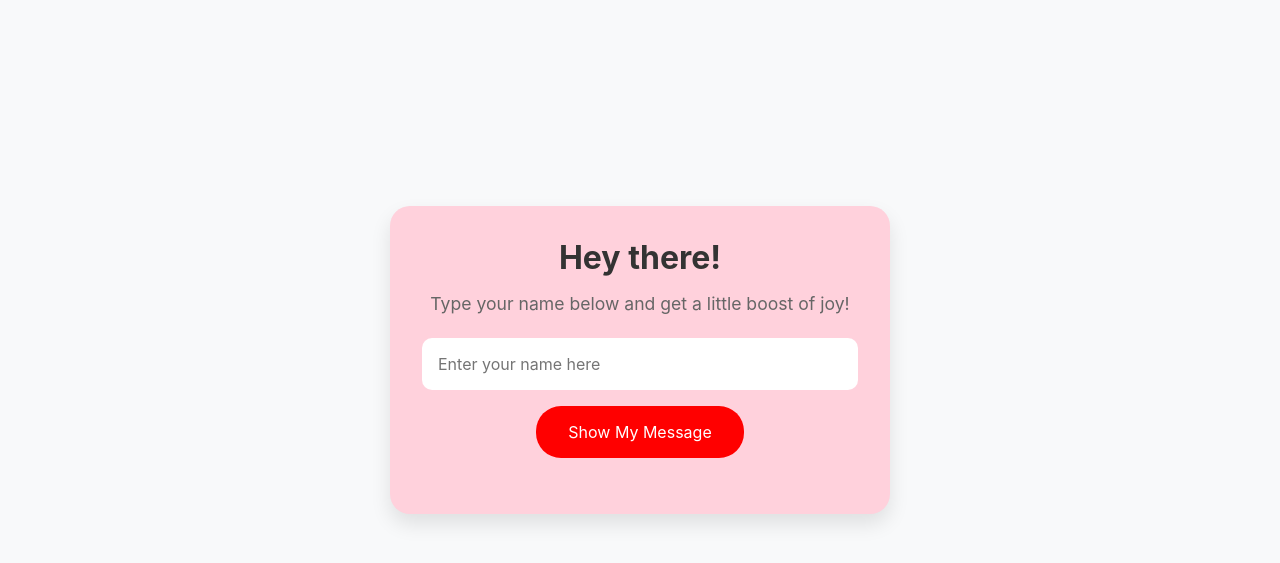
Repository: joelojieabu/biblicalWordsOfEncouragement
Page: biblicalWordsOfEncouragement.html
The author's editor kept a copy of each file at every save. The page is drawn from the files as they stood at one save, then again after the next save.
The browser window is 1280 px wide. The pictures show the whole page.

Above is the page before, as saved 2024-12-26 12:38:22.

After the next save:
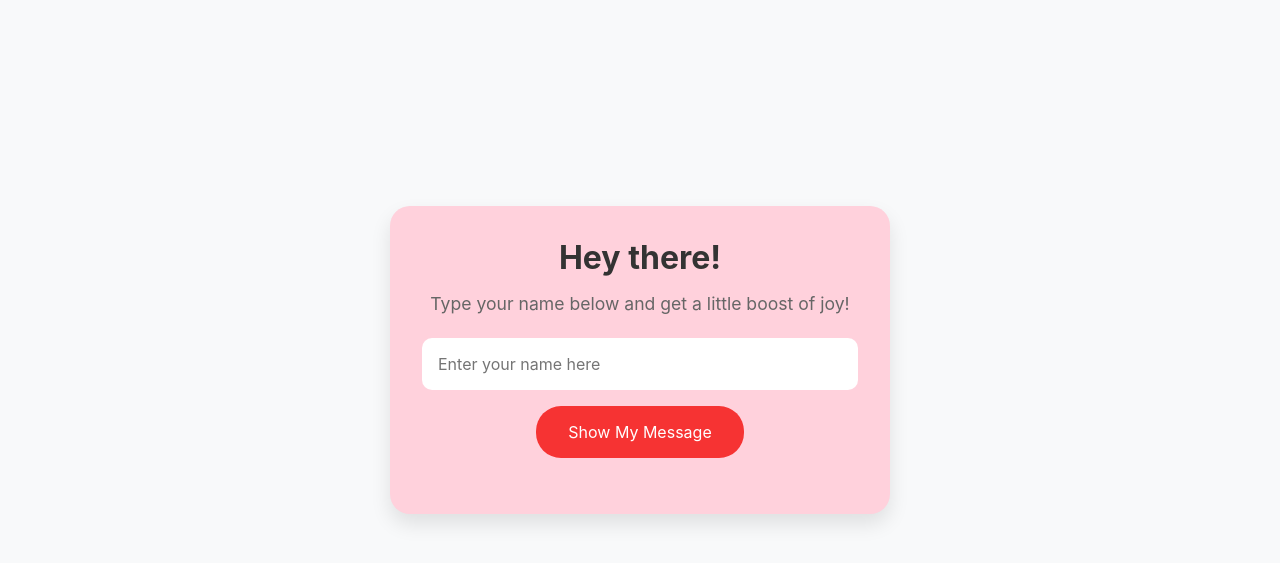
Saved 33 s later.
--- a/biblicalWordsOfEncouragement.html
+++ b/biblicalWordsOfEncouragement.html
@@ -59,7 +59,7 @@
       }
 
       button {
-        background-color: red;
+        background-color: rgb(246, 51, 51);
         color: white;
         border: none;
         padding: 1rem 2rem;
